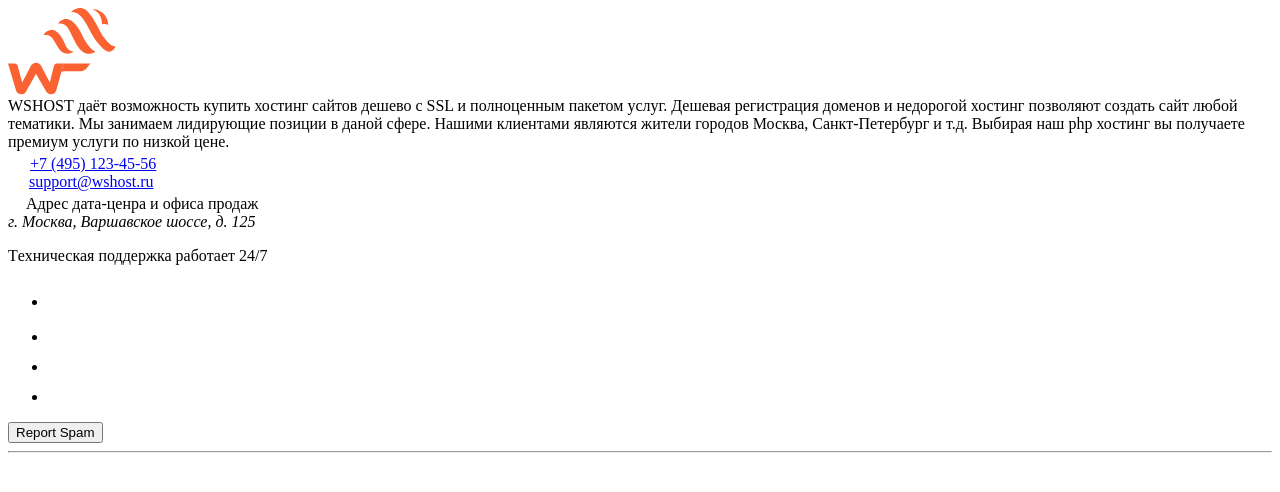
Repository: Inzhir2022/hosting
Page: src/_includes/_footer.html
An editor plug-in stored every save of this project. The page is shown before and after the next save, followed by the edit.
The browser window is 1280 px wide. The pictures show the whole page.

Above is the page before, as saved 2022-07-18 07:35:37.

### src/_includes/_footer.html
<footer class="footer">
  <div class="container">
    <div class="footer__logo logo">
      <a href="#" class="logo__link">
        <img src="../img/logo.svg" alt="hosting logo">
      </a>
    </div>
    <div class="footer__minitext minitext">
      WSHOST даёт возможность купить хостинг сайтов дешево с SSL и полноценным пакетом услуг. Дешевая регистрация доменов и недорогой хостинг позволяют создать сайт любой тематики. Мы занимаем лидирующие позиции в даной сфере. Нашими клиентами являются жители городов Москва, Санкт-Петербург и т.д. Выбирая наш php хостинг вы получаете премиум услуги по низкой цене.
    </div>
    <div class="footer__contacts">
      <div class="footer__phone phone">
        <span class="footer__icon"><img src="../img/phone.svg" alt="phone icon">
        </span>
        <a href="tel:84951234556" class="footer__link">+7 (495) 123-45-56</a>
      </div>
      <div class="footer__mail email">
        <span class="footer__icon"><img src="../img/mail.svg" alt="mail icon"></span></a>
        <a href="mailto:support@wshost.ru" class="footer__link">support@wshost.ru</a>
      </div>
      <div class="footer__address address">
        <span class="footer__icon"><img src="../img/address.svg" alt="mail icon"></span></a>
        Адрес дата-ценра и офиса продаж
        <address>г. Москва, Варшавское шоссе, д. 125</address>
      </div>
      <p>Tехническая поддержка работает 24/7</p>
    </div>
    <div class="footer__social">
      <ul class="footer__social-list">
        <li class="footer__social-item"><a href="#"><img src="../img/twitter.svg" alt="twitter"></a></li>
        <li class="footer__social-item"><a href="#"><img src="../img/instagram.svg" alt="instagram"></a></li>
        <li class="footer__social-item"><a href="#"><img src="../img/twitter.svg" alt="twitter"></a></li>
        <li class="footer__social-item"><a href="#"><img src="../img/twitter.svg" alt="twitter"></a></li>
      </ul>
    </div>
    <button class="btn btn_small footer__btn">Report Spam</button>
    <nav class="footer__menu-about"></nav>
    <nav class="footer__menu-services"></nav>
    <hr class="footer__hr">
    <div class="footer__copyrights"></div>
    <div class="footer__policy"></div>
  </div>
</footer>

After the next save:
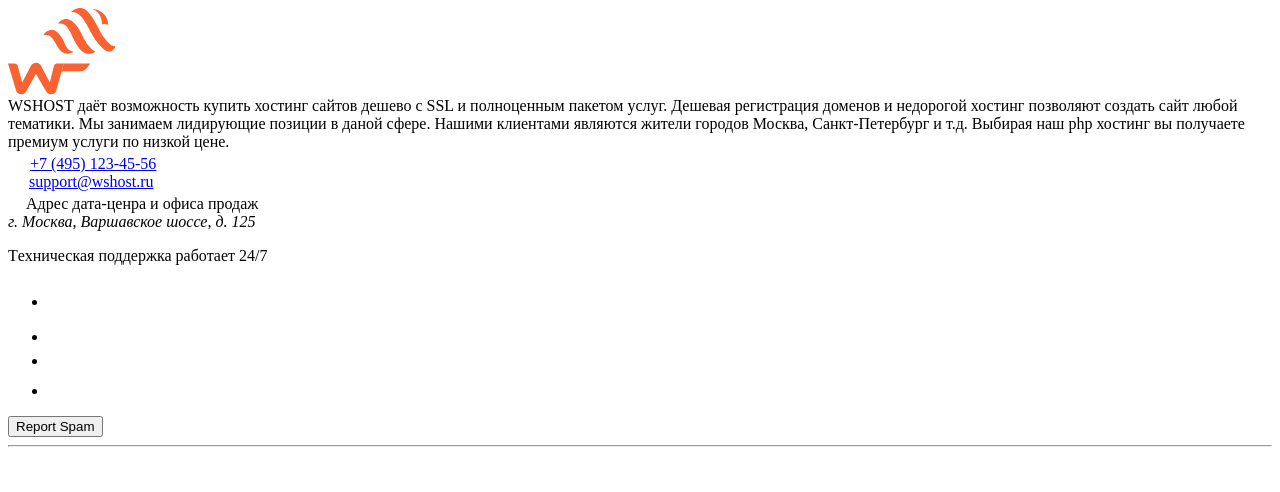
Saved 17 s later.
--- a/src/_includes/_footer.html
+++ b/src/_includes/_footer.html
@@ -29,7 +29,7 @@
       <ul class="footer__social-list">
         <li class="footer__social-item"><a href="#"><img src="../img/twitter.svg" alt="twitter"></a></li>
         <li class="footer__social-item"><a href="#"><img src="../img/instagram.svg" alt="instagram"></a></li>
-        <li class="footer__social-item"><a href="#"><img src="../img/twitter.svg" alt="twitter"></a></li>
+        <li class="footer__social-item"><a href="#"><img src="../img/vk.svg" alt="vk"></a></li>
         <li class="footer__social-item"><a href="#"><img src="../img/twitter.svg" alt="twitter"></a></li>
       </ul>
     </div>
